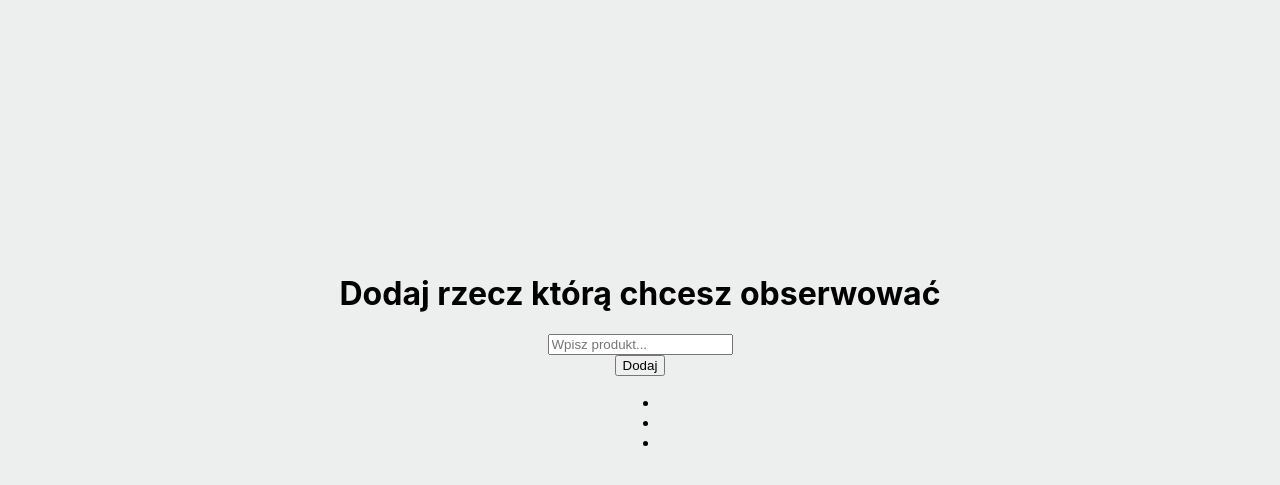
Repository: matedoo/crawler
Page: /MainApp
An editor plug-in stored every save of this project. The page is shown before and after the next save, followed by the edit.
The browser window is 1280 px wide. The pictures show the whole page.
The project was rebuilt for these pictures with package versions that can differ from the ones it lists, and the page was loaded fresh each time. Requests to the local data server were answered from the project's data file. Also part of the build but not shown: src/Components/button.js, src/Components/LoginComponents/LoginApp.js, src/Components/LoginComponents/RegisterApp.js, src/Components/btnContainer.js, src/Components/heading.js, src/Components/LoginComponents/StartApp.js, src/Components/MainApp/MainAppElement.js.

Above is the page before, as saved 2020-04-26 20:19:07.

After the next save:
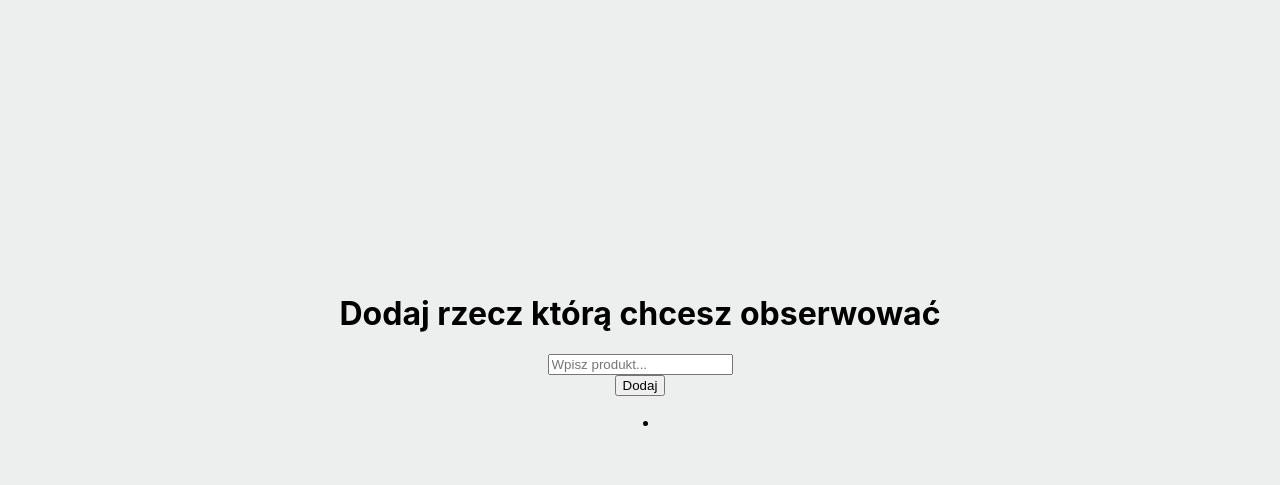
Saved 44 s later.
--- a/src/Components/MainApp/MainApp.js
+++ b/src/Components/MainApp/MainApp.js
@@ -21,7 +21,7 @@ function MainApp(props) {
         const response = await fetch(`http://localhost:4000/${apiItems}`)
         const responseParsed = await response.json()
         setIsLoading(false)
-        setFetchedData(responseParsed)
+        setFetchedData({items: responseParsed})
 
 
         // elementsListState.push(responseParsed)

After the 5 saves that followed:
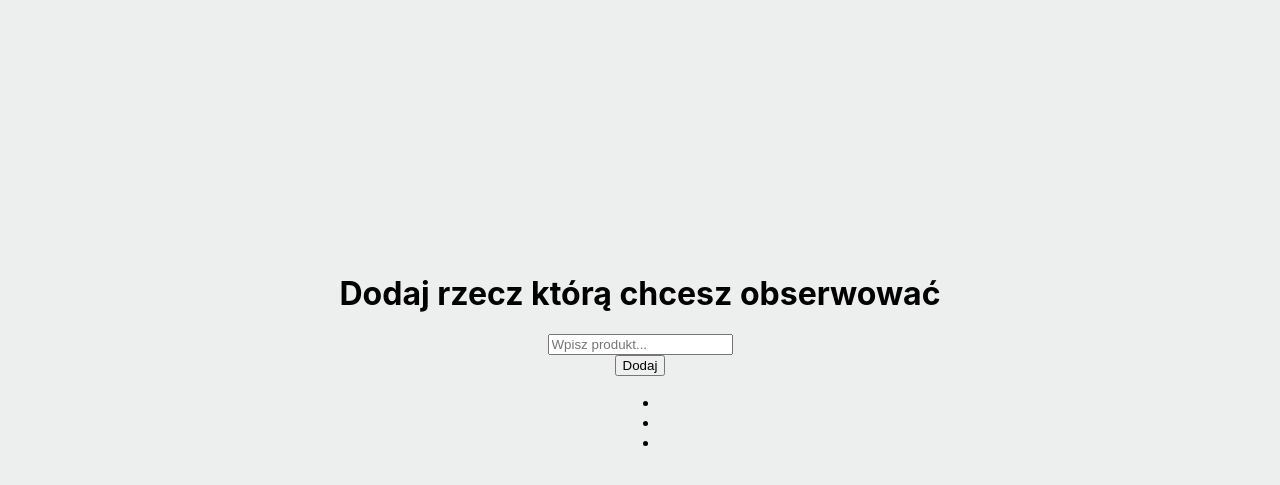
The 5 saves are shown as one change because 3 did not build or start and 1 left the picture as it was.
The last was saved 94 s later.
--- a/src/Components/MainApp/MainApp.js
+++ b/src/Components/MainApp/MainApp.js
@@ -101,7 +101,7 @@ function MainApp(props) {
         <div>
           <ul>
             {
-              Object.keys(fetchedData).map(items => <li key={items.id}>{items.title}</li>)
+              Object.keys(fetchedData.items).map(item => <li key={item.id}>{item.title}</li>)
             }
           </ul>
         </div>
